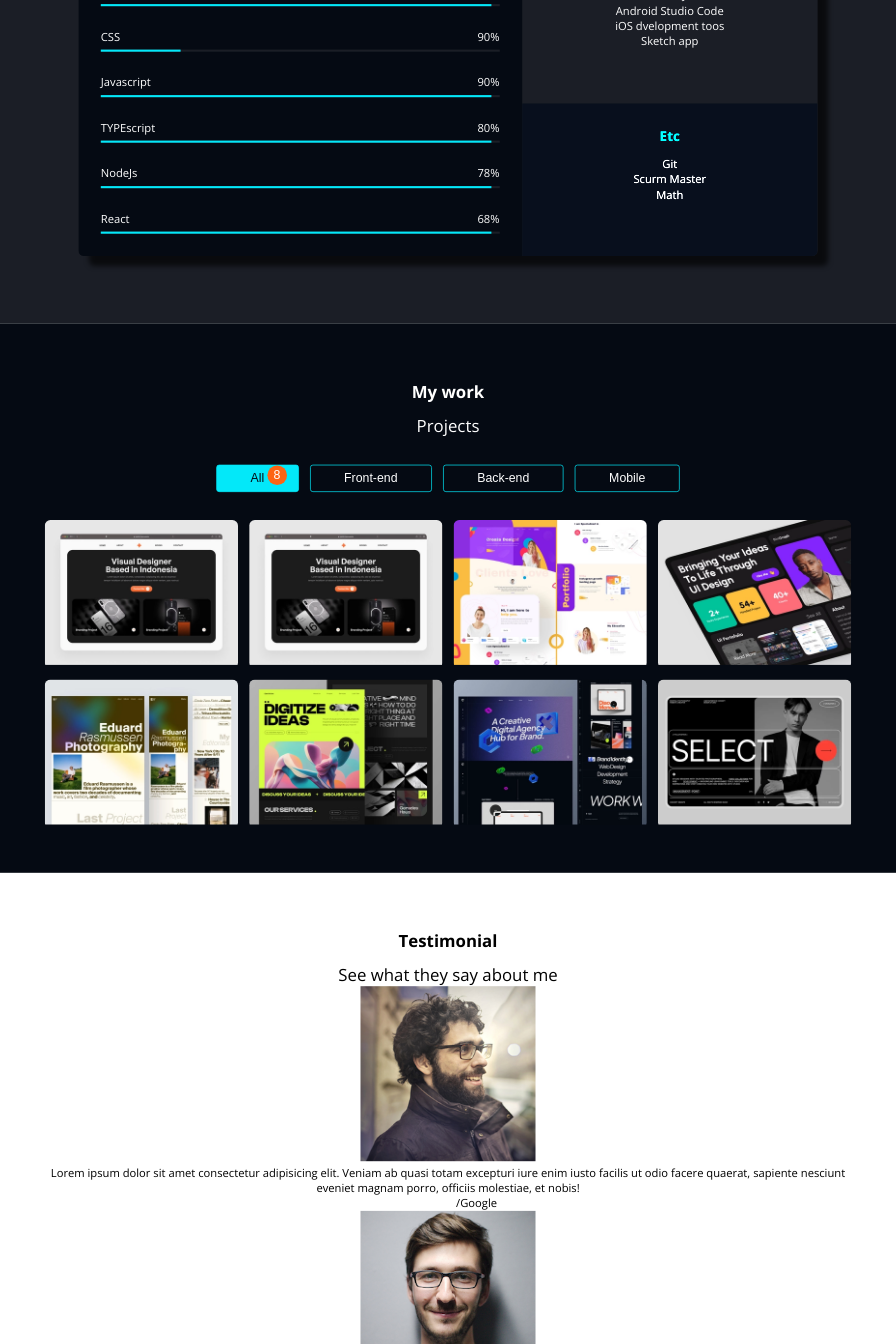
Repository: Arden-Sol/portfolio-website-clone-coding
Page: index.html
The author's editor kept a copy of each file at every save. The page is drawn from the files as they stood at one save, then again after the next save.
The browser window is 1280 px wide. The pictures show the part of the page from y = 1747 to 3667 px (the page is 4497 px tall), at 70% of full size.
Some web libraries are served in a nearby version.

Above is the page before, as saved 2024-03-27 01:45:23.

After the next save:
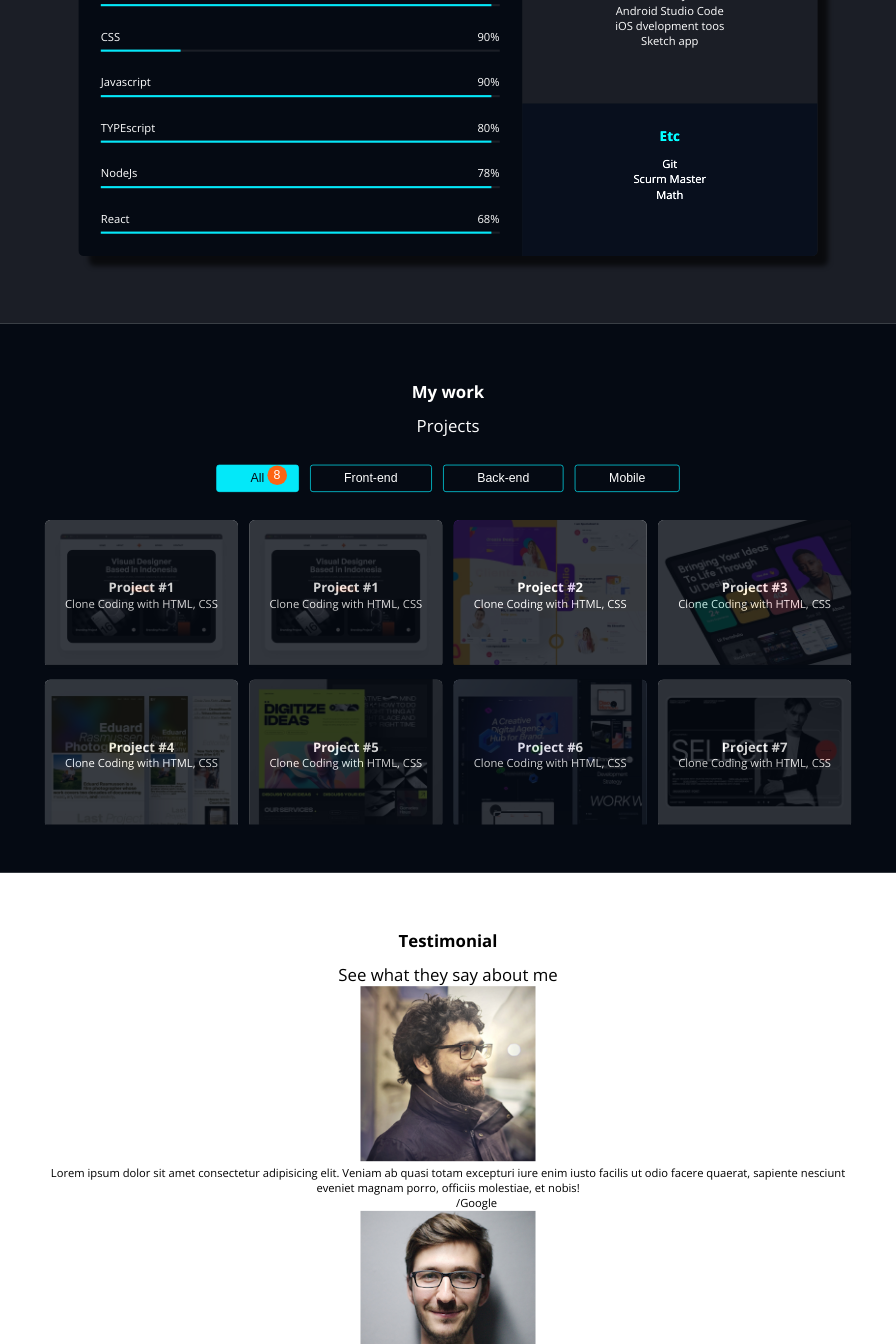
Saved 101 s later.
--- a/css/style.css
+++ b/css/style.css
@@ -307,4 +307,14 @@
 }
 .project__metadata{
   position: absolute;
-}
+  top: 0;
+  right: 0;
+  width: 100%;
+  height: 100%;
+  background-color: var(--color-black);
+  opacity: 0.8;
+  display: flex;
+  flex-direction: column;
+  justify-content: center;
+  align-items: center;
+}

After the save that followed:
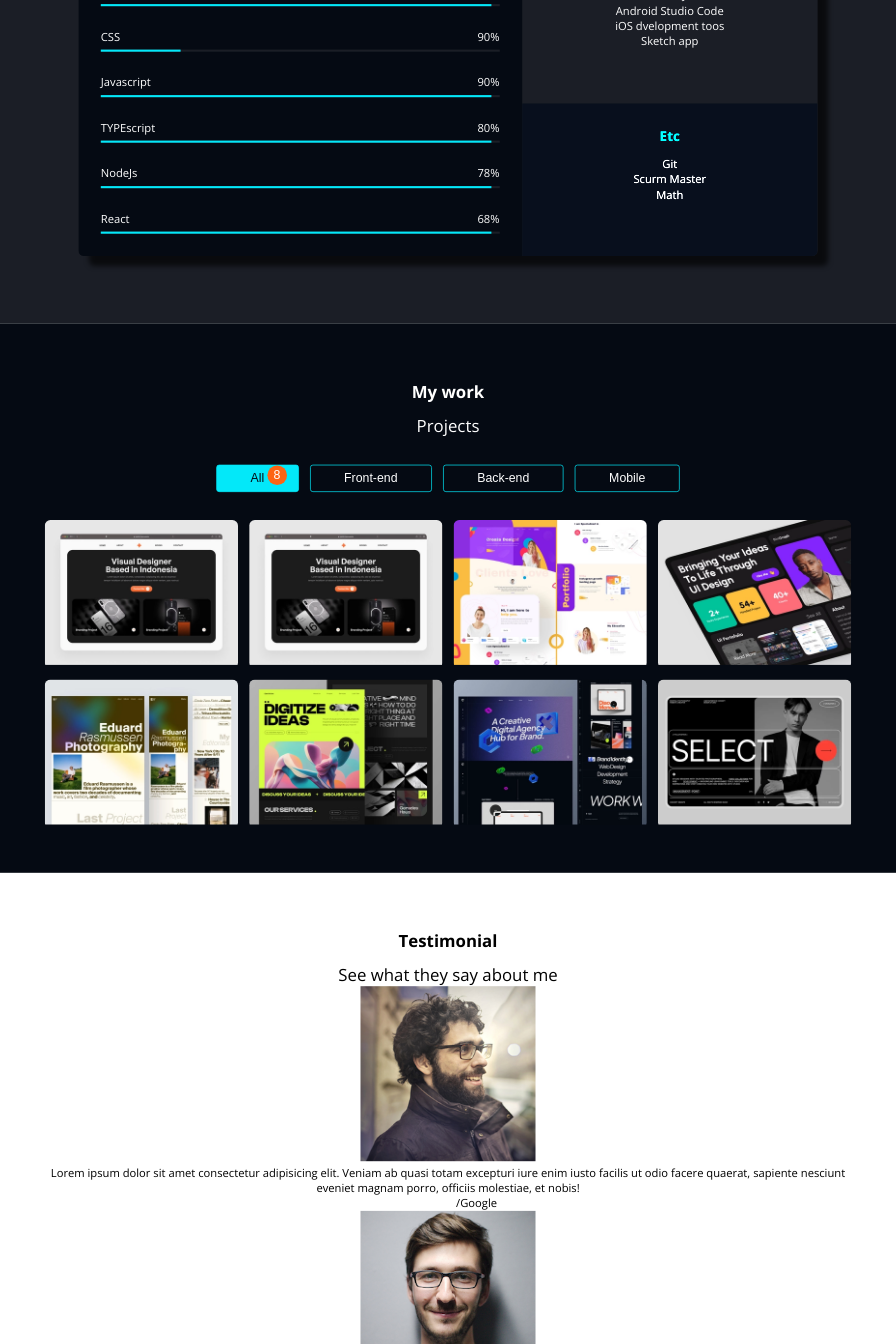
Saved 53 s later.
--- a/css/style.css
+++ b/css/style.css
@@ -312,9 +312,12 @@
   width: 100%;
   height: 100%;
   background-color: var(--color-black);
-  opacity: 0.8;
+  opacity: 0;
   display: flex;
   flex-direction: column;
   justify-content: center;
   align-items: center;
 }
+.project__metadata:hover {
+  opacity: 0.8;
+}
